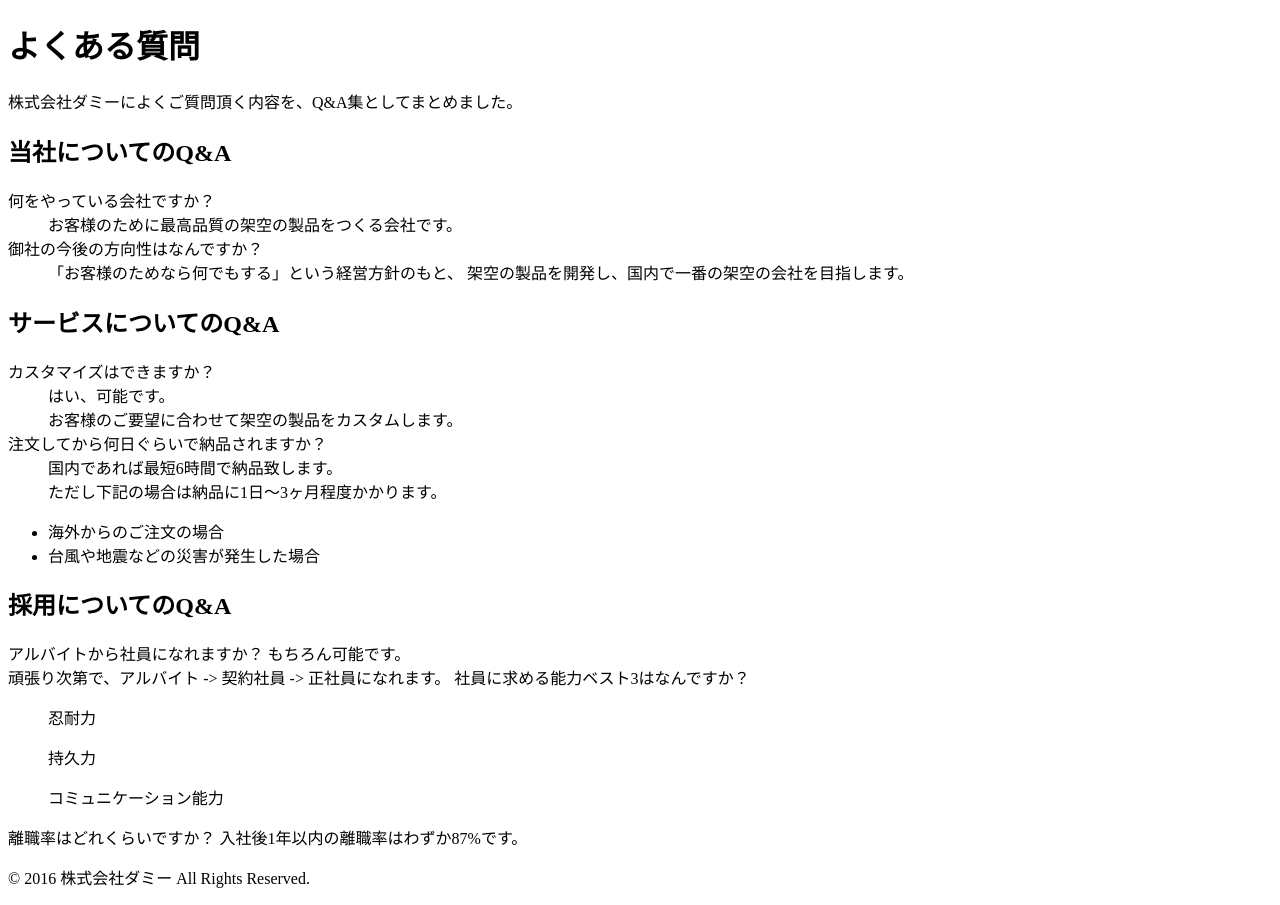
Repository: winc1980/practice-hp2022-wednesday
Page: ruka/practice1.html
An editor plug-in stored every save of this project. The page is shown before and after a run of saves, followed by the edit.
The browser window is 1280 px wide. The pictures show the whole page.

Above is the page before, as saved 2022-05-26 00:17:19.

After the next 2 saves:
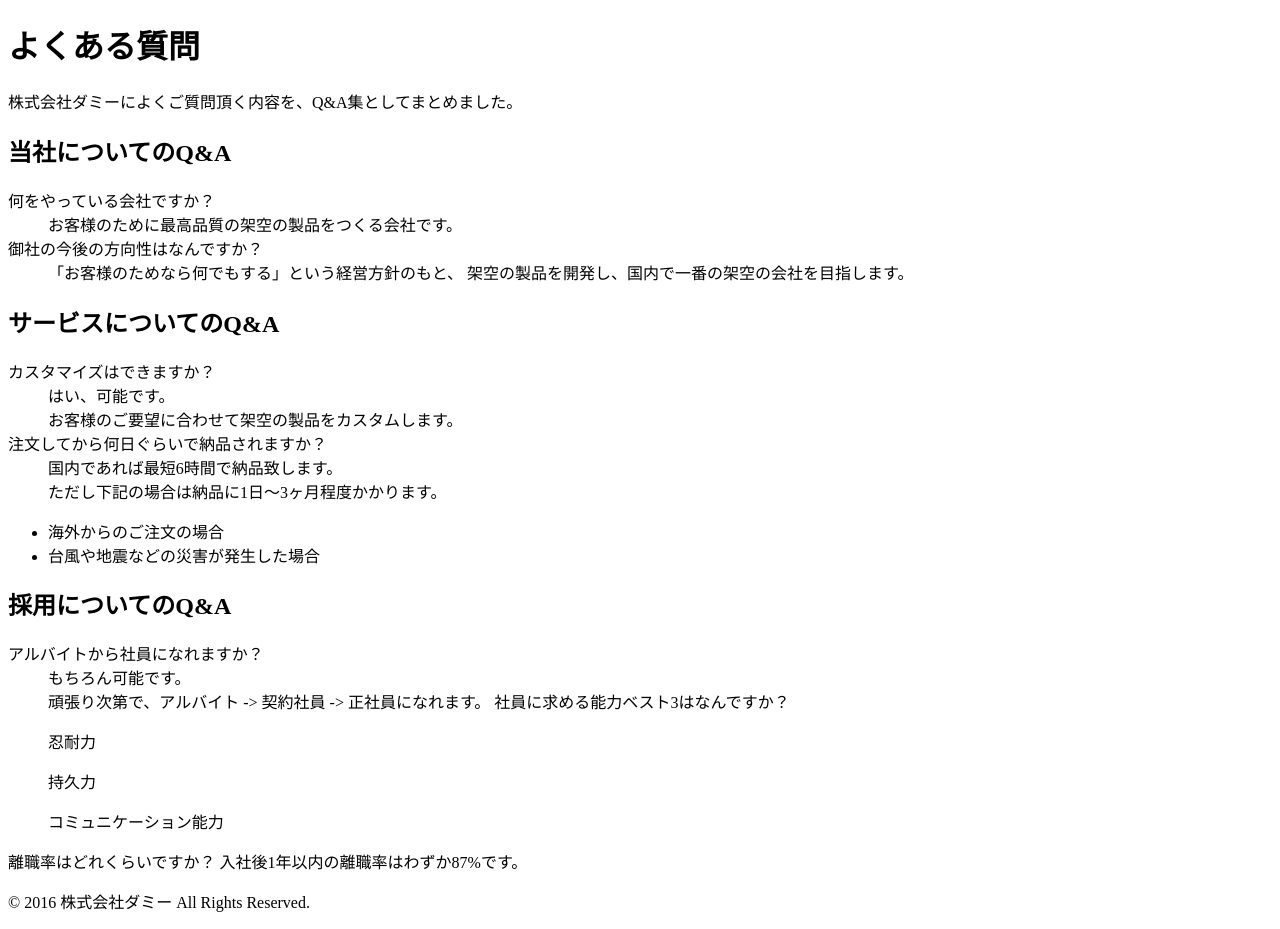
The 2 saves are shown as one change because they came seconds apart.
The last was saved 8 s later.
--- a/ruka/practice1.html
+++ b/ruka/practice1.html
@@ -52,7 +52,7 @@
 <h2>採用についてのQ&A</h2>
 
 アルバイトから社員になれますか？
-
+<dd>
 もちろん可能です。<br>
 頑張り次第で、アルバイト -> 契約社員 -> 正社員になれます。
 社員に求める能力ベスト3はなんですか？
